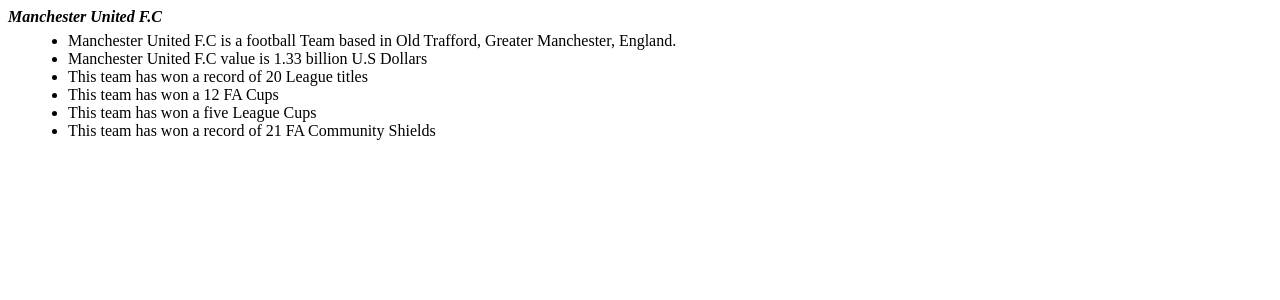
Repository: devanshudave1901/DevanshuDave_Sec002_ICE-05
Page: InfoFiles/manchesterUnitedFC.html
An editor plug-in stored every save of this project. The page is shown before and after the next save, followed by the edit.
The browser window is 1280 px wide. The pictures show the whole page.

Above is the page before, as saved 2022-03-20 21:32:58.

### InfoFiles/manchesterUnitedFC.html
<!DOCTYPE html>
<html>
<head>
<meta charset="utf-8">
<title>
</title>
</head>
<body>
<div>
<b><i>Manchester United F.C</i></b><ul style="margin: 6px 0px 6px 20px; text-indent: 0pt;"> <li>Manchester United F.C is a football Team based in Old Trafford, Greater Manchester, England.
<li > Manchester United F.C value is 1.33 billion U.S Dollars</li
><li > This team has won a record of 20 League titles</li>
<li > This team has won a 12 FA Cups</li>
<li > This team has won a five League Cups</li>
<li > This team has won a record of 21 FA Community Shields</li>

</div>
</body>
</html>

After the next save:
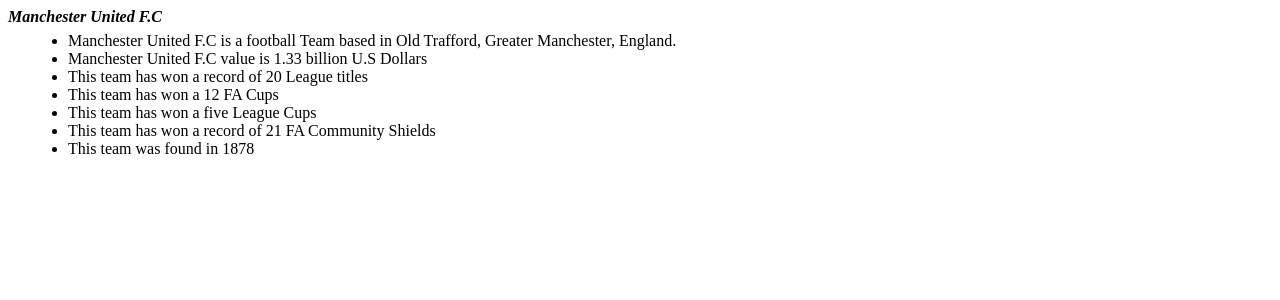
Saved 22 s later.
--- a/InfoFiles/manchesterUnitedFC.html
+++ b/InfoFiles/manchesterUnitedFC.html
@@ -13,6 +13,7 @@
 <li > This team has won a 12 FA Cups</li>
 <li > This team has won a five League Cups</li>
 <li > This team has won a record of 21 FA Community Shields</li>
+<li > This team was found in 1878</li>
 
 </div>
 </body>
